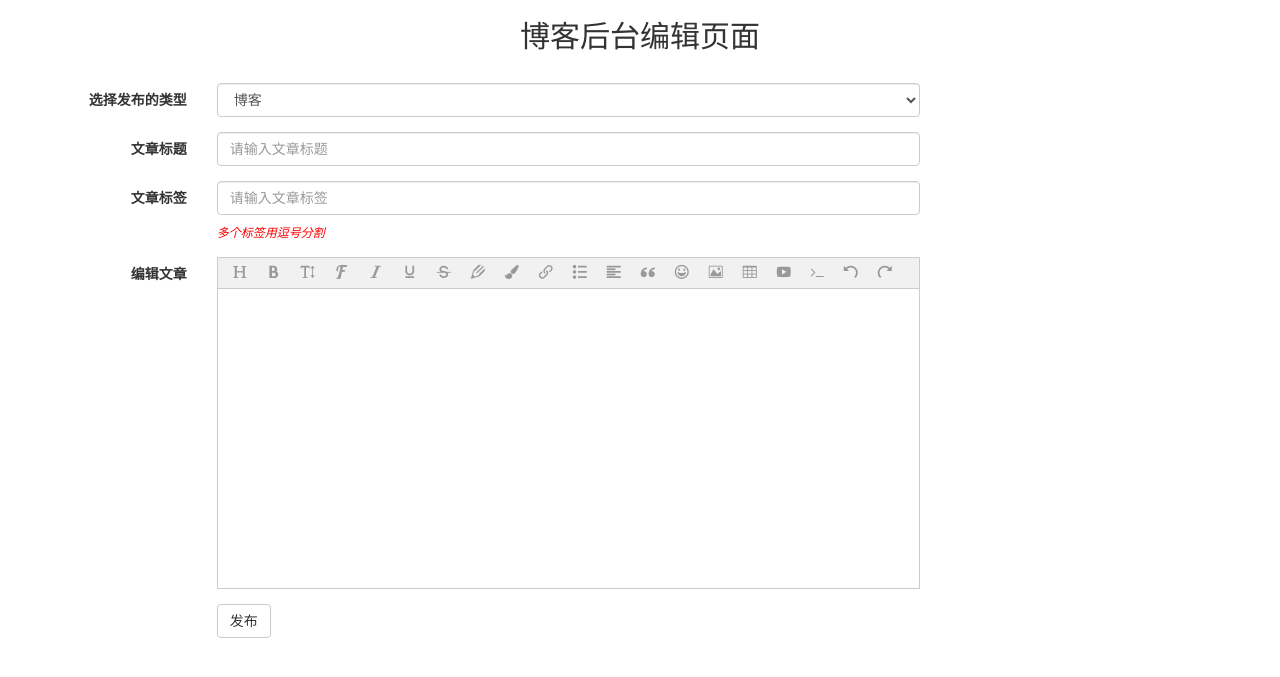
Repository: li1214/my_blog
Page: page/editor_blog_everyday.html
These files come from the project's save history. The page is drawn as it stood at one moment and after the next save; the edit follows.
The browser window is 1280 px wide. The pictures show the whole page.

Above is the page before, as saved 2019-01-07 10:08:43.

After the next save:
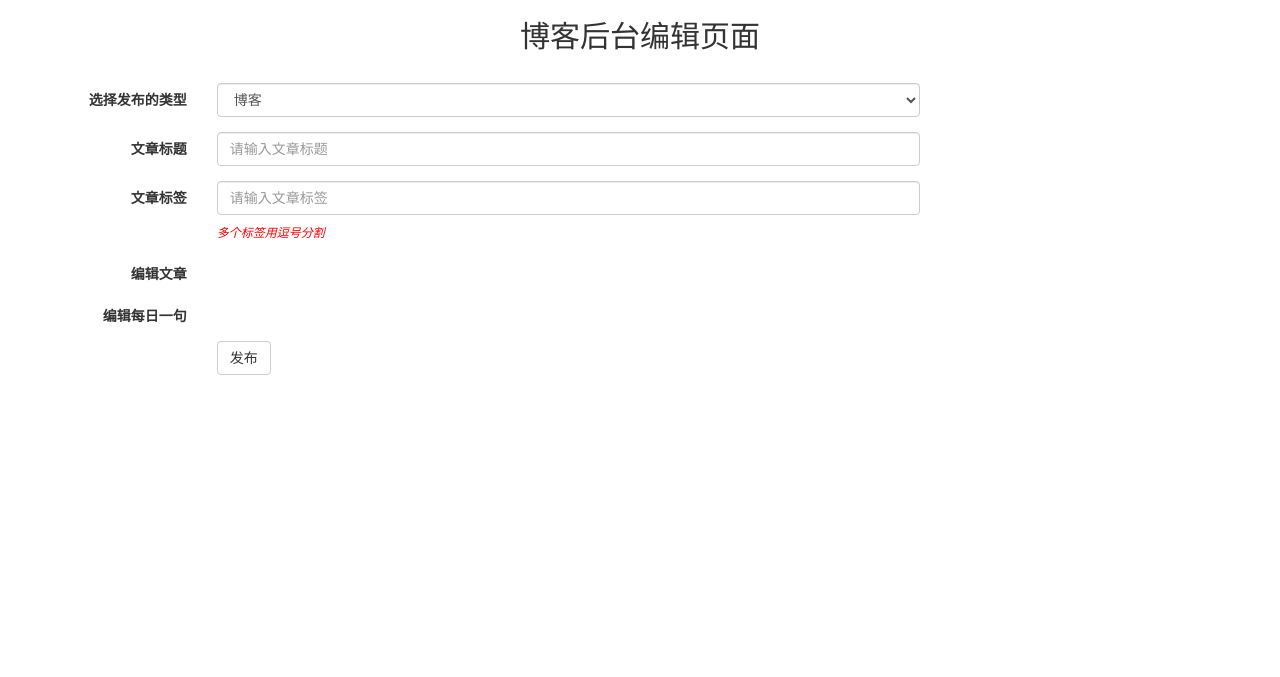
Console error: SyntaxError: Unexpected token '>'
Saved 119 s later.
--- a/page/js/editor_blog_everyday.js
+++ b/page/js/editor_blog_everyday.js
@@ -41,6 +41,9 @@
                alert("请输入文章内容")
                return
            }
+            axios.post('/editorBlog?title=' + this.title + '&tags=' + this.tags, { blog: blogHtml}).then(res = > {
+
+            })
         },
         submit () {
             var submit = this.type == 'blog' ? this.submitBlog : this.submitEveryday

After the 6 saves that followed:
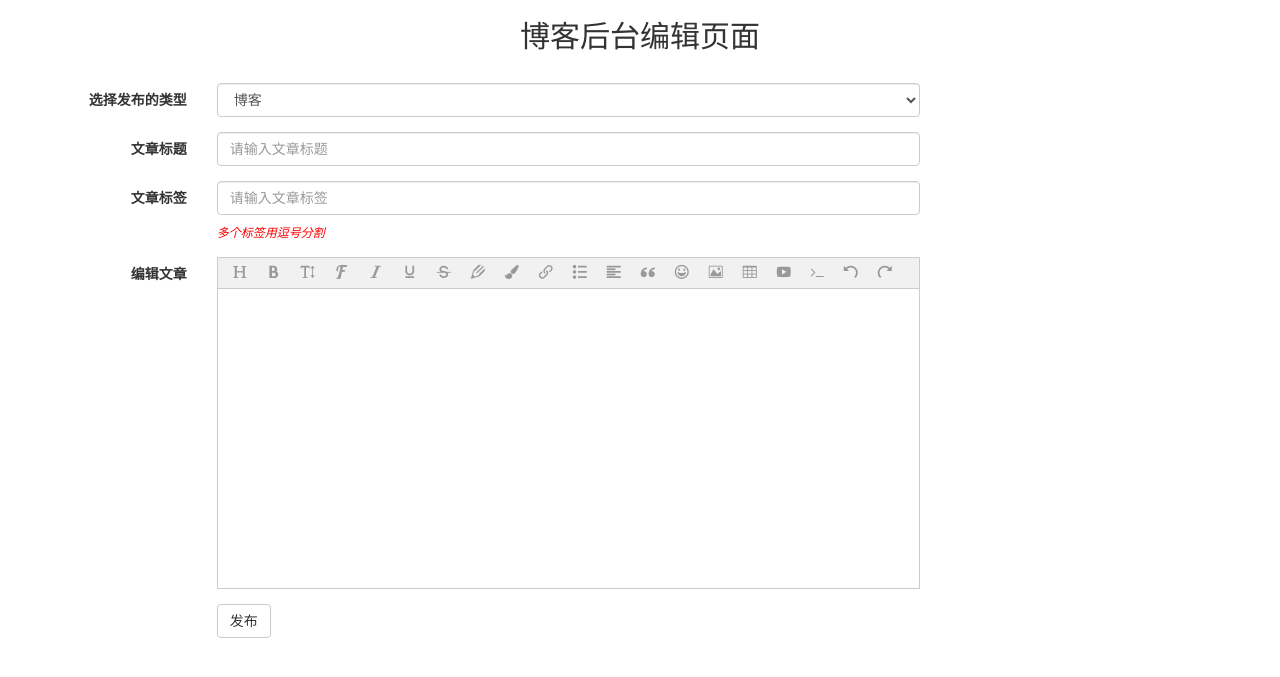
The error is gone.
The 6 saves are shown as one change because 5 left the picture as it was.
The last was saved 3 min 8 s later.
--- a/page/js/editor_blog_everyday.js
+++ b/page/js/editor_blog_everyday.js
@@ -41,8 +41,18 @@
                alert("请输入文章内容")
                return
            }
-            axios.post('/editorBlog?title=' + this.title + '&tags=' + this.tags, { blog: blogHtml}).then(res = > {
+            axios.post('/editorBlog?title=' + this.title + '&tags=' + this.tags, { blog: blogHtml}).then(res => {
 
+            })
+        },
+        submitEveryday () {
+            var everydayHtml = this.everyday.txt.html().trim();
+            if (everydayHtml == '<p><br></p>') {
+                alert("请输入每日一句内容")
+                return
+            }
+            axios.get('/editorEveryday?text=' + everydayHtml).then(res => {
+                console.log(res)
             })
         },
         submit () {
